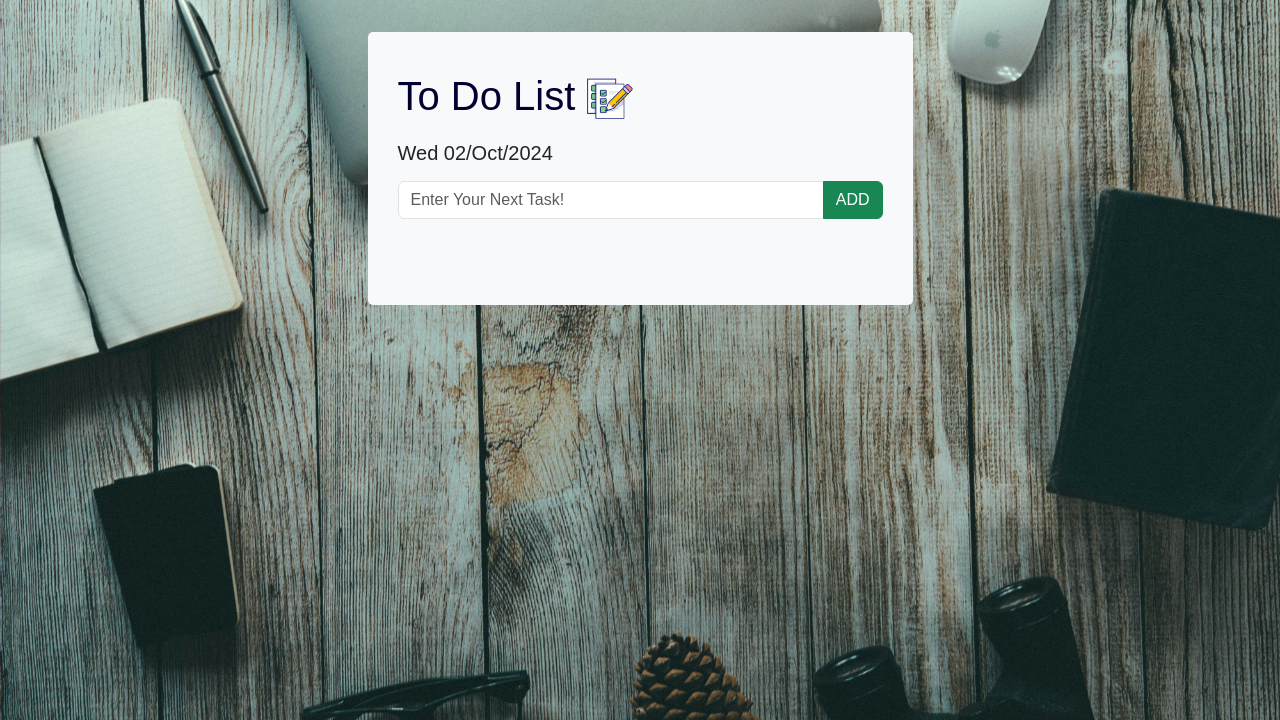
Repository: zeinawady/To_Do_List
Page: index.html
The author's editor kept a copy of each file at every save. The page is drawn from the files as they stood at one save, then again after a run of saves.
The browser window is 1280 px wide. The pictures show the whole page.
Some web libraries are served in a nearby version.

Above is the page before, as saved 2024-10-02 02:57:36.

After the next 2 saves:
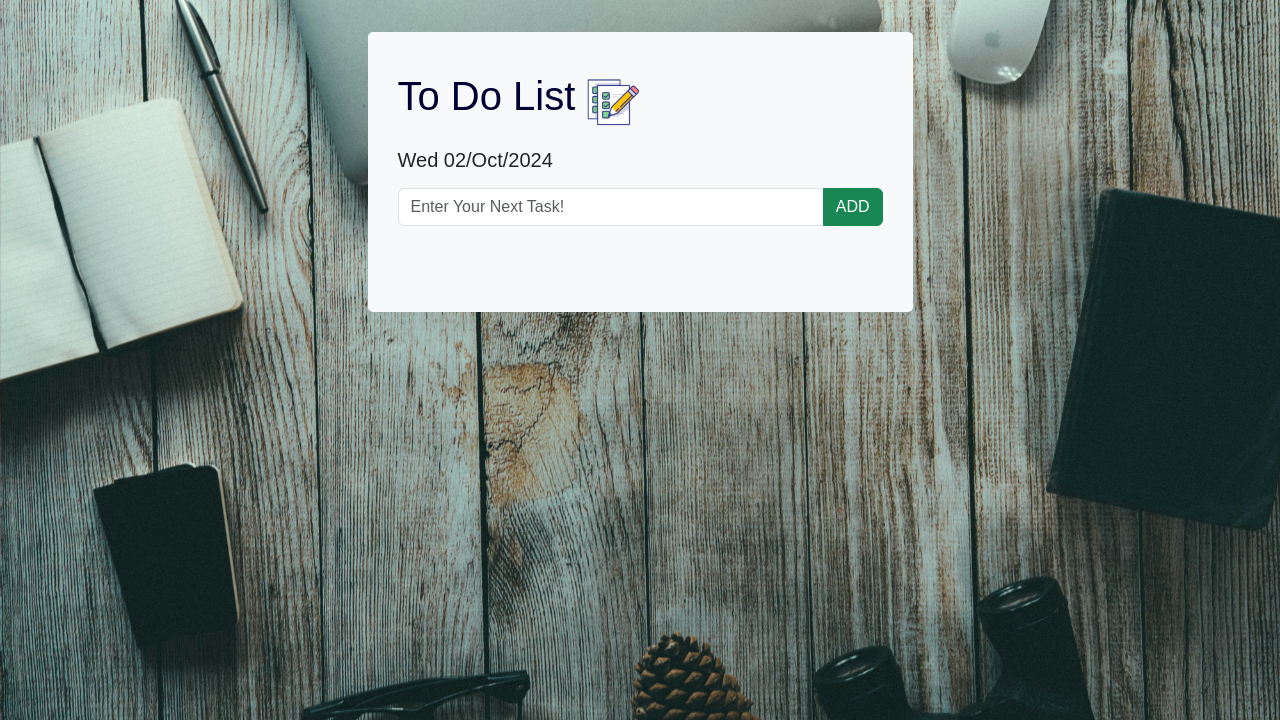
The 2 saves are shown as one change because they came seconds apart.
The last was saved 10 s later.
--- a/index.html
+++ b/index.html
@@ -14,7 +14,7 @@
 <div class="app">
     <div class="container">
         <div class="todo-app bg-body-tertiary m-auto">
-            <h1 class="d-flex mb-3">To Do List <img src="images/todolistpng.png" alt="to-do-list" class="logo ms-2" width="53"></h1>
+            <h1 class="d-flex mb-3">To Do List <img src="images/todolistpng.png" alt="to-do-list" class="logo ms-2" width="60"></h1>
            <h5 id="date" class="mb-3"></h6>
             <div class="input-group mb-3">
                 <input type="text"  class="form-control" id="input-box" placeholder="Enter Your Next Task!" aria-label="Enter Your Next Task!" aria-describedby="button">
